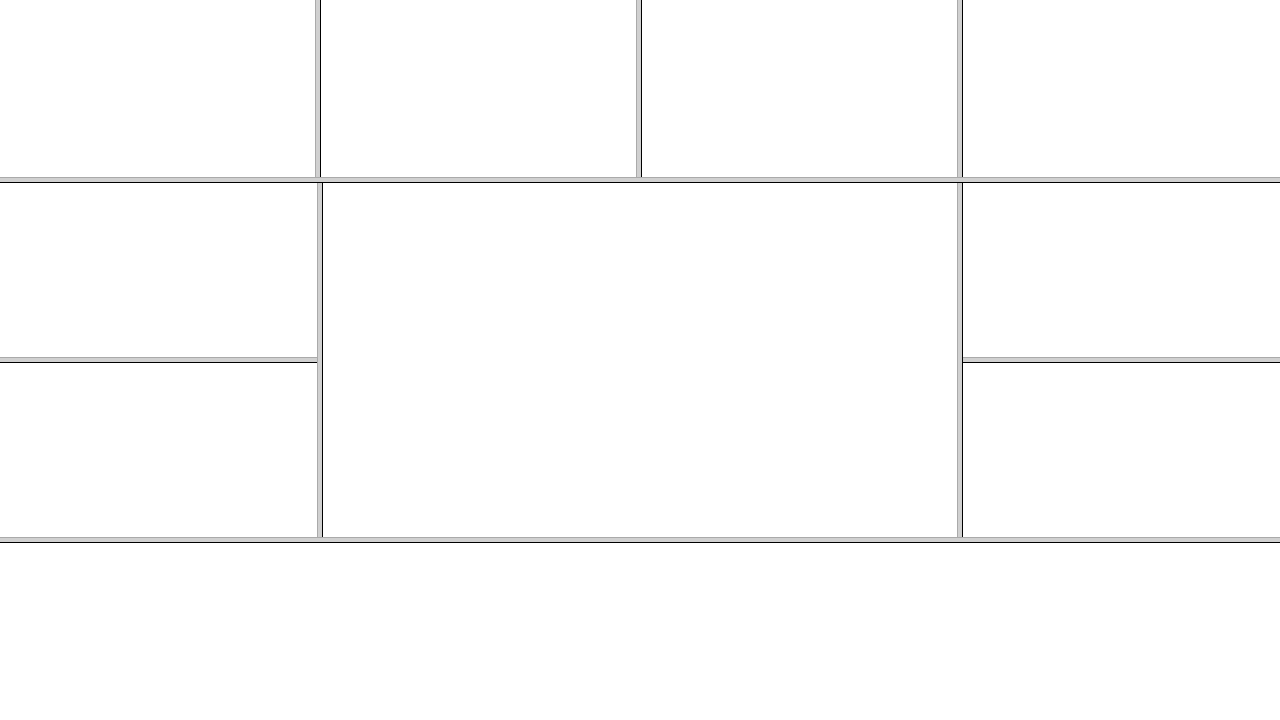
Repository: paul2oh/hellowjava
Page: workspace/javastart_svn/src/javastart/WebContent/clientPrg/a01_html/a05_test1.html
These files come from the project's save history. The page is drawn as it stood at one moment and after a run of saves; the edit follows.
The browser window is 1280 px wide. The pictures show the whole page.

Above is the page before, as saved 2017-01-03 10:16:44.

After the next 2 saves:
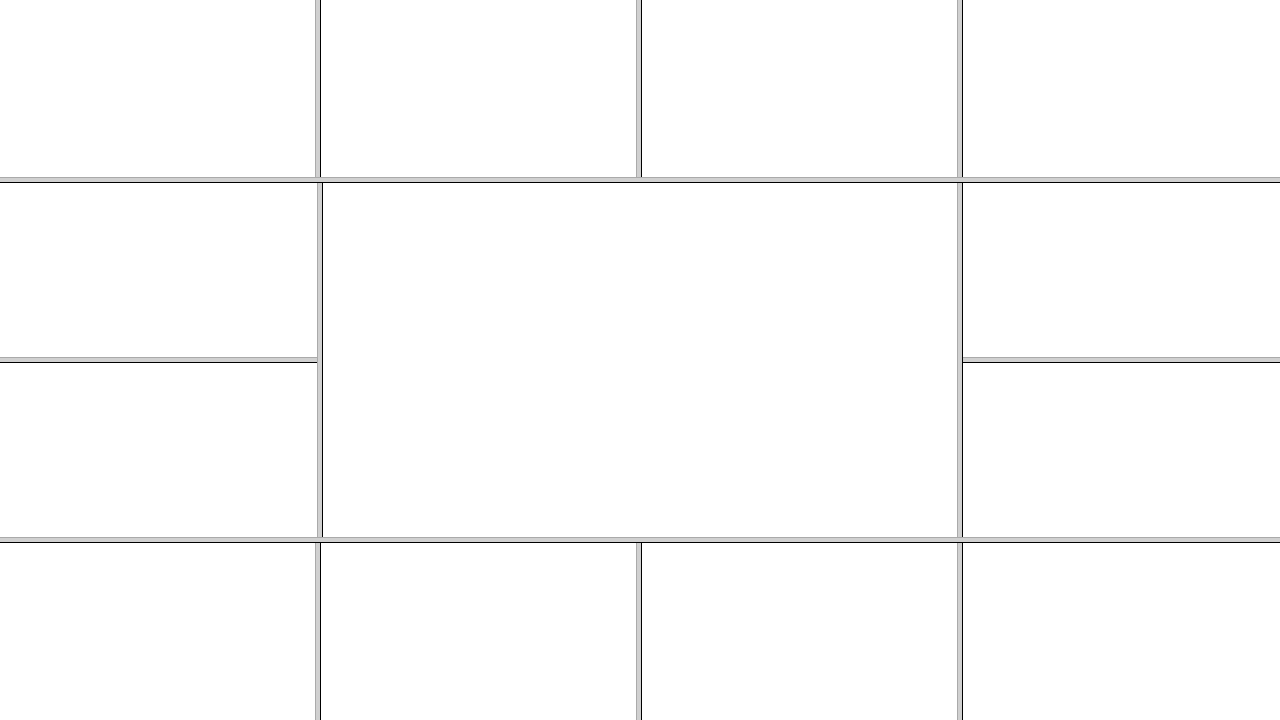
The 2 saves are shown as one change because they came seconds apart.
The last was saved 21 s later.
--- a/workspace/javastart_svn/src/javastart/WebContent/clientPrg/a01_html/a05_test1.html
+++ b/workspace/javastart_svn/src/javastart/WebContent/clientPrg/a01_html/a05_test1.html
@@ -51,19 +51,24 @@
 		<frame />
 		<frame />
 		<frame />
-	</frameset >
+	</frameset>
 	<frameset cols="25%,50%,25%">
-	<frameset rows="50%,50%">
-	<frame />
-	<frame />
-	</frameset >
-	<frame />
-	<frameset rows="50%,50%">
-	<frame />
-	<frame />
-	</frameset >
+		<frameset rows="50%,50%">
+			<frame />
+			<frame />
+		</frameset>
+		<frame />
+		<frameset rows="50%,50%">
+			<frame />
+			<frame />
+		</frameset>
 	</frameset>
-	<frame />
+	<frameset cols="25%,25%,25%,25%">
+		<frame />
+		<frame />
+		<frame />
+		<frame />
+	</frameset>
 
 
 
